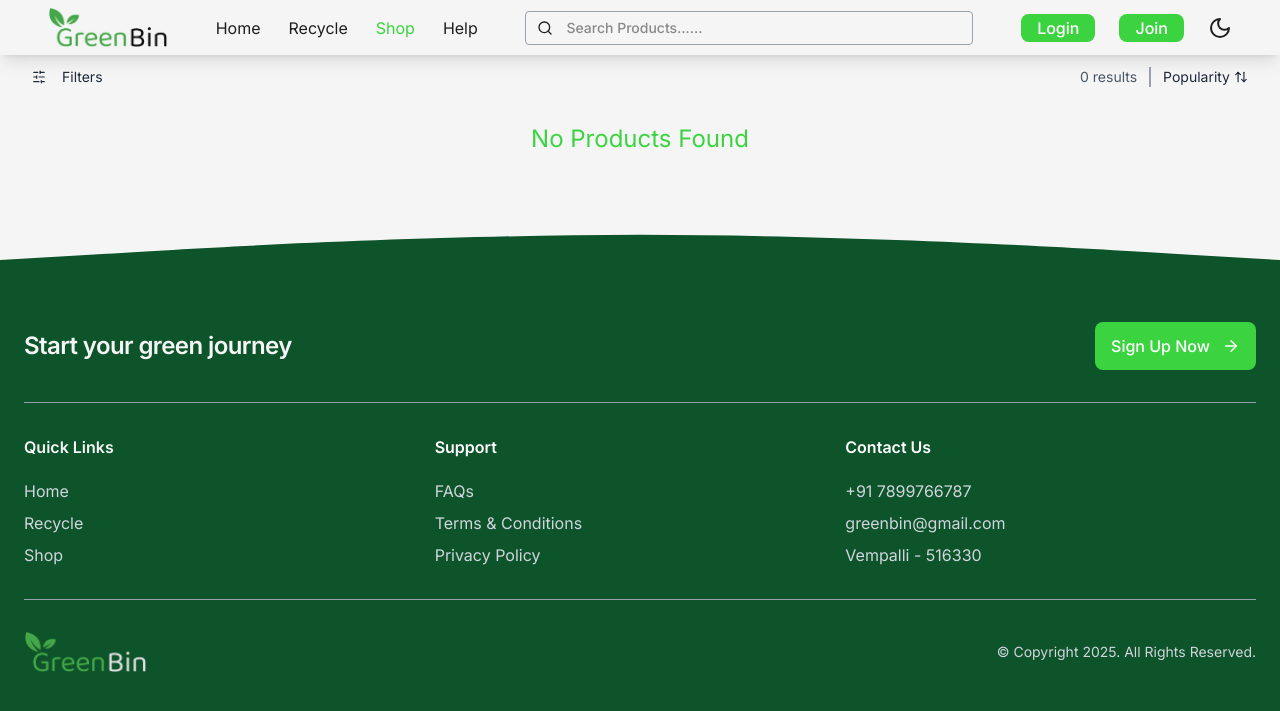
Repository: Siddhu123456/Plastic-Waste-Management
Page: /shop (app in frontend/)
An editor plug-in stored every save of this project. The page is shown before and after the next save, followed by the edit.
The browser window is 1280 px wide. The pictures show the whole page.
The page's requests for data from a server got no answer. The project was rebuilt for these pictures with package versions that can differ from the ones it lists, and the page was loaded fresh each time. No one was signed in, and anything a server would have sent is missing. Also part of the build but not shown: frontend/vite.config.js, frontend/src/components/ProductCard.jsx, frontend/src/components/TrendingProductsCarousel.jsx, frontend/src/pages/Home.jsx, frontend/src/pages/customer/Recycle.jsx, frontend/src/components/CartItemCard.jsx, frontend/src/pages/customer/Cart.jsx, frontend/src/components/Modal.jsx and 13 more. Imported but missing from the stored project, and not drawn on this page: frontend/src/pages/Help, frontend/src/pages/customer/WishList.

Above is the page before, as saved 2025-05-06 16:21:28.

After the next save:
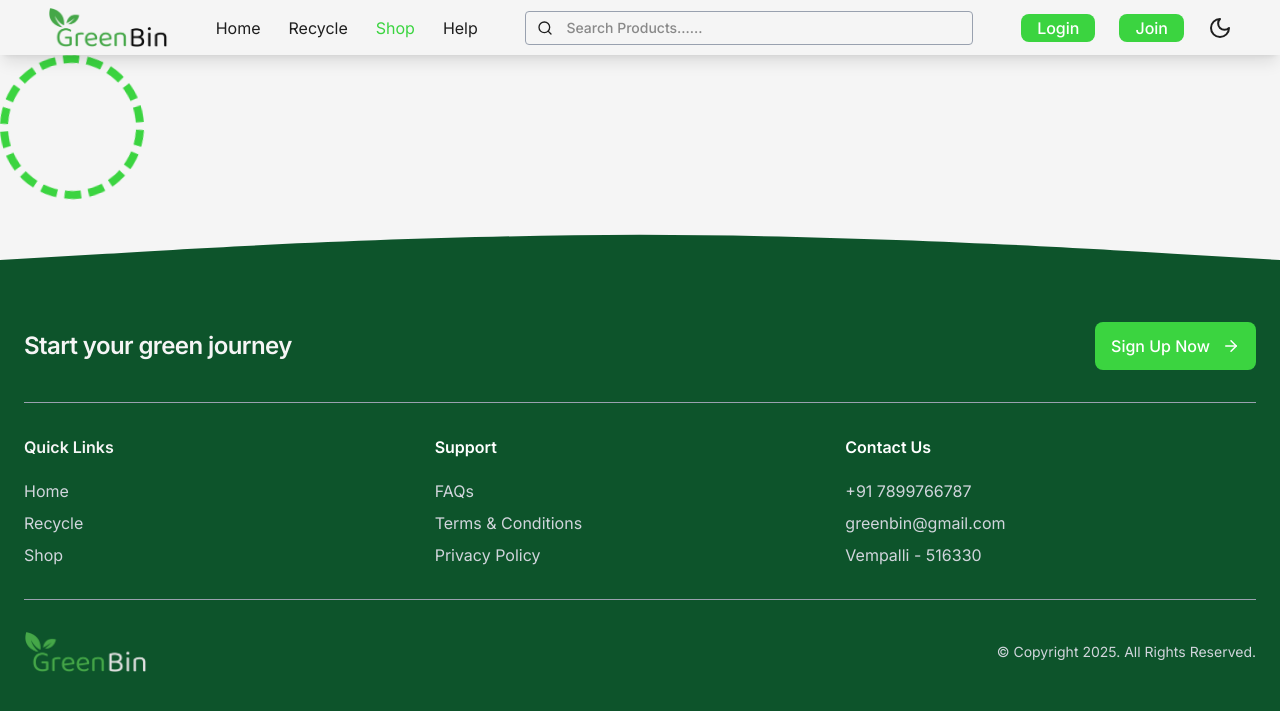
Saved 2 min 40 s later.
--- a/frontend/src/pages/customer/Shop.jsx
+++ b/frontend/src/pages/customer/Shop.jsx
@@ -2,11 +2,13 @@ import React, { useState, useRef, useEffect, useMemo } from 'react';
 import { LuArrowUpDown, LuSlidersHorizontal } from 'react-icons/lu';
 import ProductCard from '../../components/ProductCard';
 import FilterBar from '../../components/FilterBar';
+import Loader from '../../components/Loader';
 
 const Shop = () => {
 
   const [filterOpen, setFilterOpen] = useState(false)
   const [products, setProducts] = useState([])
+  const [loading, setLoading] = useState(true)
 
   useEffect(() => {
     fetch("http://localhost:8080/api/product/all")
@@ -94,6 +96,8 @@ const Shop = () => {
     return sorted;
   }, [filteredProducts, sortOption]);
 
+  if(loading)
+    return <Loader />
 
   return (
     <>
